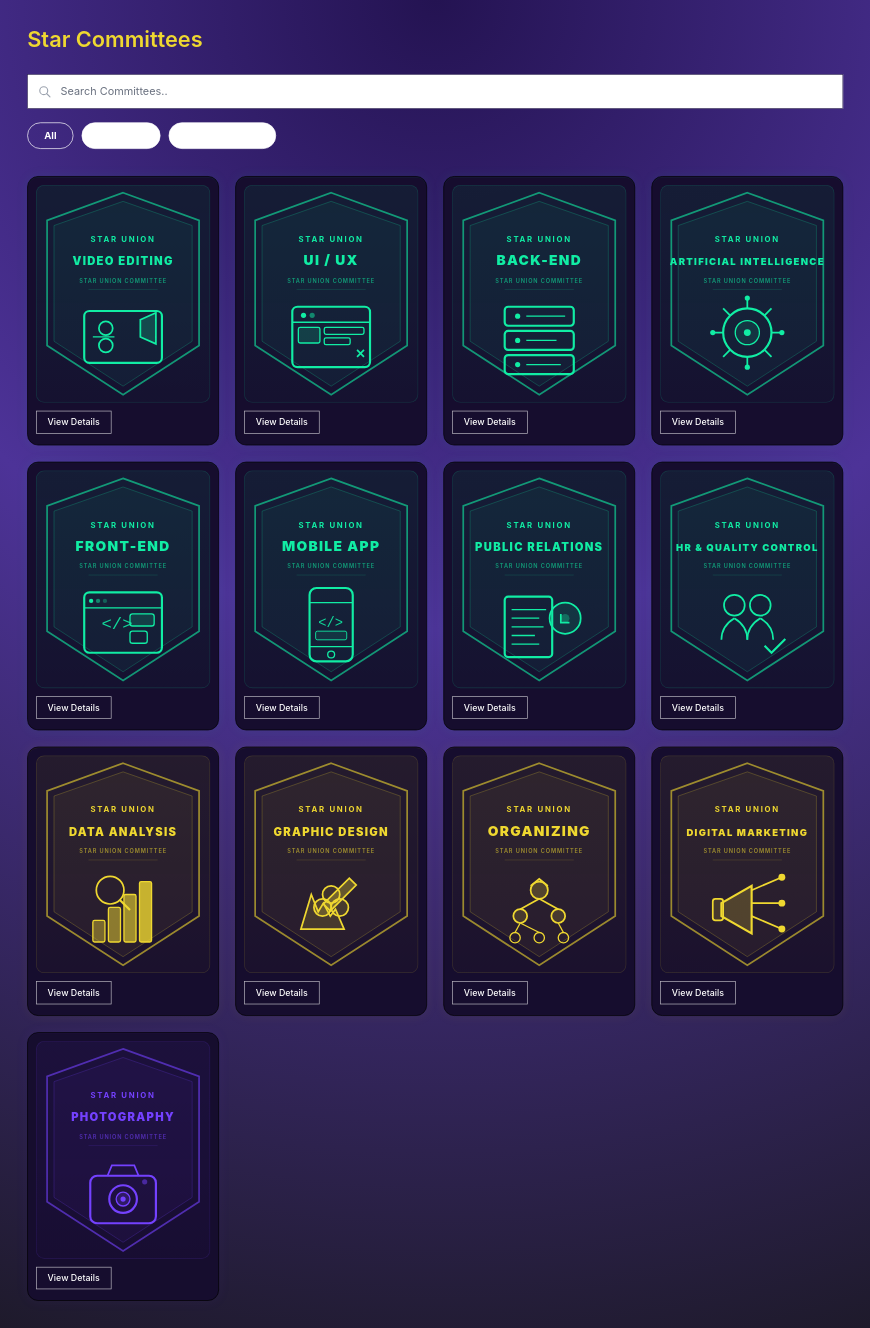
Repository: Frontend-Committee/StarUnion-Website
Page: /committees
These files come from the project's save history. The page is drawn as it stood at one moment and after the next save; the edit follows.
The browser window is 1280 px wide. The pictures show the whole page, at 68% of full size.
The project was rebuilt for these pictures with package versions that can differ from the ones it lists, and the page was loaded fresh each time. Also part of the build but not shown: vite.config.js, src/features/committees/pages/CommitteeDetailsPage.jsx, src/components/common/Navbar.jsx, src/components/common/Footer.jsx.

Above is the page before, as saved 2026-02-26 02:53:00.

After the next save:
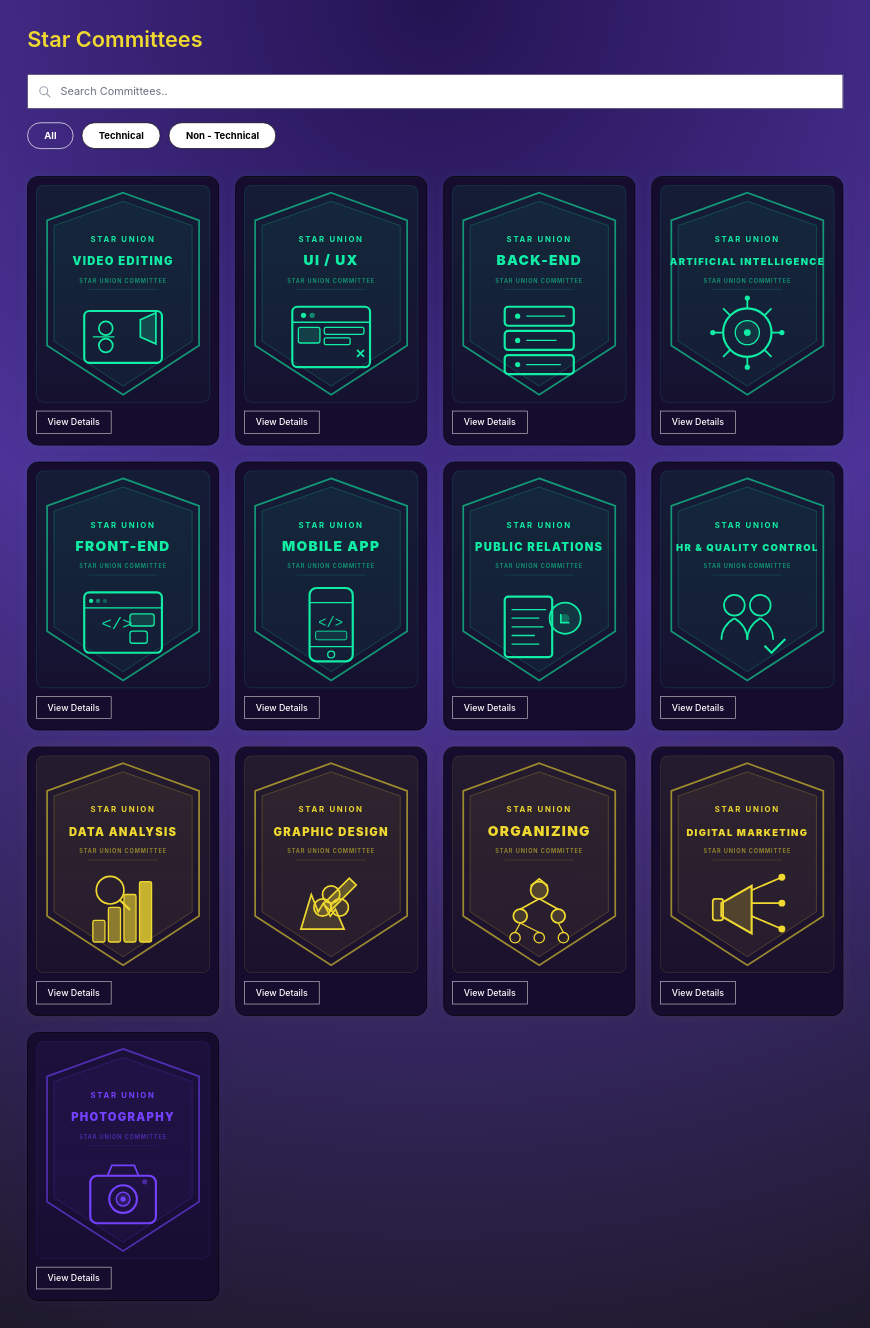
Saved 4 s later.
--- a/src/features/committees/pages/CommitteesPage.jsx
+++ b/src/features/committees/pages/CommitteesPage.jsx
@@ -78,7 +78,7 @@ export default function CommitteesPage() {
                 className={`px-6 py-2 rounded-full text-[14px] font-bold transition-all duration-300 ${
                   activeFilter === tab.value
                     ? "bg-primary text-white border border-white"
-                    : "border border-primary bg-white   text-white hover:bg-white/10"
+                    : "border border-primary bg-white    hover:bg-white/10"
                 }`}
               >
                 {tab.label}
